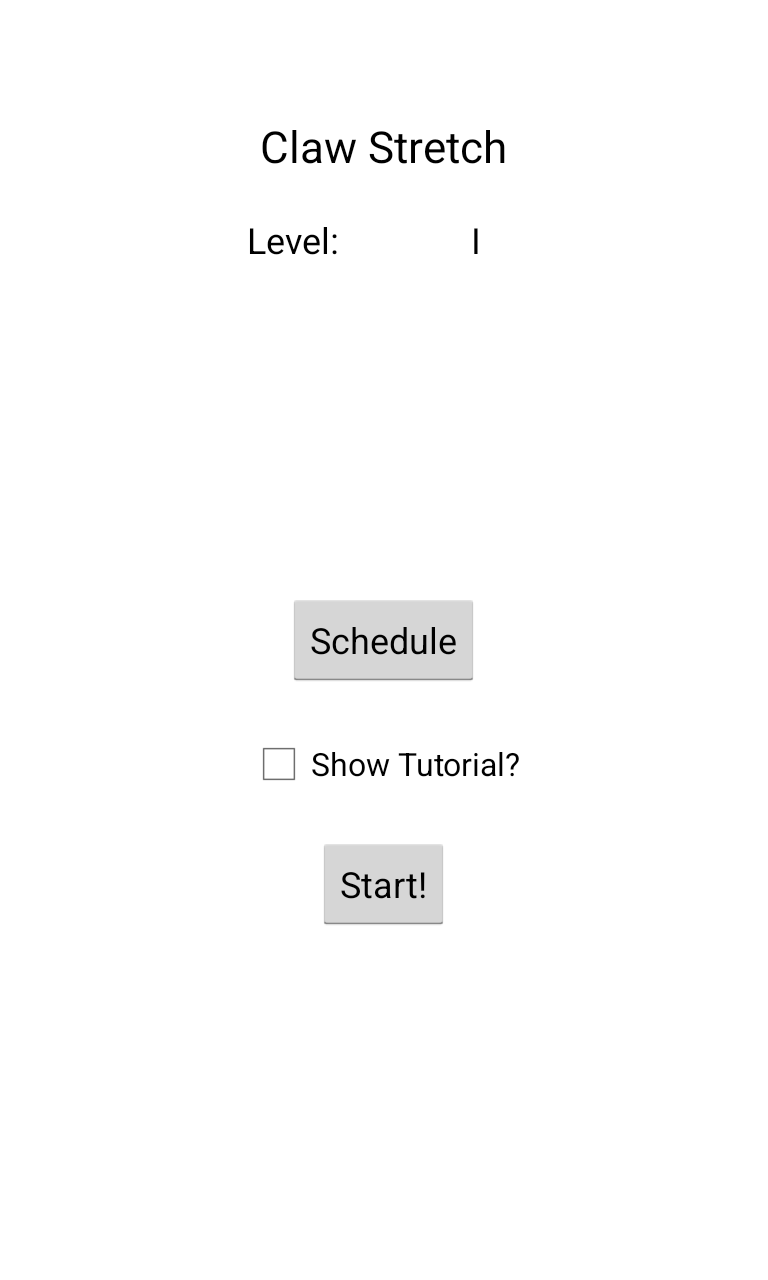
Repository: zi-yang-zhang/ECSE424-Group8
Layout: Hi Fi Prototype/ReHand/ReHand/res/layout/activity_thumb_stretch_page.xml
These files come from the project's save history. The layout is drawn as it stood at one moment and after the next save; the edit follows.
It is drawn on a 768 x 1280 px phone screen (xhdpi) without system bars, with theme AppTheme; the app's code is not run.

Above is the layout before, as saved 2014-02-18 05:13:33.

### Hi Fi Prototype/ReHand/ReHand/res/layout/activity_thumb_stretch_page.xml
<RelativeLayout xmlns:android="http://schemas.android.com/apk/res/android"
    xmlns:tools="http://schemas.android.com/tools"
    android:layout_width="match_parent"
    android:layout_height="match_parent"
    android:paddingBottom="@dimen/activity_vertical_margin"
    android:paddingLeft="@dimen/activity_horizontal_margin"
    android:paddingRight="@dimen/activity_horizontal_margin"
    android:paddingTop="@dimen/activity_vertical_margin"
    tools:context=".ClawStretchPage" >

    <TextView
        android:id="@+id/textView1"
        android:layout_width="wrap_content"
        android:layout_height="wrap_content"
        android:layout_alignParentTop="true"
        android:layout_centerHorizontal="true"
        android:layout_marginTop="42dp"
        android:text="@string/exercise_botton_text_claw_stretch"
        android:textAppearance="?android:attr/textAppearanceLarge" />

    <TextView
        android:id="@+id/textView3"
        android:layout_width="wrap_content"
        android:layout_height="wrap_content"
        android:layout_alignBottom="@+id/textView2"
        android:layout_alignRight="@+id/button1"
        android:text="@string/claw_stretch_level"
        android:textAppearance="?android:attr/textAppearanceMedium" />

    <Button
        android:id="@+id/button1"
        android:layout_width="wrap_content"
        android:layout_height="wrap_content"
        android:layout_centerHorizontal="true"
        android:layout_centerVertical="true"
        android:text="@string/exercise_botton_schedule" />

    <CheckBox
        android:id="@+id/claw_stretch_tutorial"
        android:layout_width="wrap_content"
        android:layout_height="wrap_content"
        android:layout_below="@+id/button1"
        android:layout_centerHorizontal="true"
        android:layout_marginTop="22dp"
        android:text="@string/exercise_tutorial_check_box" />

    <TextView
        android:id="@+id/textView2"
        android:layout_width="wrap_content"
        android:layout_height="wrap_content"
        android:layout_alignLeft="@+id/claw_stretch_tutorial"
        android:layout_below="@+id/textView1"
        android:layout_marginTop="20dp"
        android:text="@string/exercise_level_text"
        android:textAppearance="?android:attr/textAppearanceMedium" />

    <Button
        android:id="@+id/button2"
        android:layout_width="wrap_content"
        android:layout_height="wrap_content"
        android:layout_below="@+id/claw_stretch_tutorial"
        android:layout_centerHorizontal="true"
        android:layout_marginTop="20dp"
        android:text="@string/exercise_start_botton_text"
        android:onClick="goToExercisePage"/>

</RelativeLayout>

### Hi Fi Prototype/ReHand/ReHand/res/values/strings.xml
<?xml version="1.0" encoding="utf-8"?>
<resources>

    <string name="app_name">ReHand</string>
    <string name="action_settings">Settings</string>
    <string name="hello_world">Hello world!</string>
    <string name="greeting_words">Welcome To ReHand</string>
    <string name="touch_screen_instructions">Tap on either botton to continue</string>
    <string name="sign_up">Sign Up now!</string>
    <string name="log_in">Log In!</string>
    <string name="title_activity_home_page">HomePage</string>
    <string name="greeting_home_page">Welcome Back!</string>
    <string name="exercises">Exercises</string>
    <string name="schedule">Schedule</string>
    <string name="title_activity_exercise_list_page">ExerciseListPage</string>
    <string name="title_activity_schedule_page">SchedulePage</string>
    <string name="exercise_botton_text_claw_stretch">Claw Stretch</string>
    <string name="title_activity_claw_stretch_page">ClawStretchPage</string>
    <string name="exercise_level_text">"Level: "</string>
    <string name="claw_stretch_level">I</string>
    <string name="exercise_botton_schedule">Schedule</string>
    <string name="exercise_tutorial_check_box">Show Tutorial?</string>
    <string name="exercise_start_botton_text">Start!</string>
    <string name="title_activity_claw_stretch_exercise">ClawStretchExercise</string>
    <string name="test_end_game">End Game</string>
    <string name="title_activity_claw_stretch_tutorial_page">ClawStretchTutorialPage</string>
    <string name="title_activity_claw_stretch_result">ClawStretchResult</string>
    <string name="exercise_text_arm_rotation">Arm Rotation</string>
    <string name="excercise_text_elbow_extension">Elbow Extension</string>
    <string name="arm_rotation_level">I</string>
    <string name="elbow_extension_level">I</string>
    <string name="exercise_text_finger_grip">Finger Grip</string>
    <string name="finger_grip_level">I</string>
    <string name="exercise_text_open_and_close">Open And Close</string>
    <string name="open_and_close_level">I</string>
    <string name="exercise_text_finger_lift">Finger Lift</string>
    <string name="finger_lift_level">I</string>
    <string name="exercise_text_radial_deviation">Radial Deviation</string>
    <string name="wrist_flex_level">I</string>
    <string name="exercise_text_wrist_flex">Wrist Flex</string>
    <string name="exercise_text_thumb_stretch">Thumb Stretch</string>
    <string name="thumb_stretch_level">I</string>

</resources>

Loaded but not shown: Hi Fi Prototype/ReHand/ReHand/res/values/styles.xml (common file); Hi Fi Prototype/ReHand/ReHand/res/values-v11/styles.xml (common file); Hi Fi Prototype/ReHand/ReHand/res/values-v14/styles.xml (common file); Hi Fi Prototype/ReHand/ReHand/res/values/dimens.xml (common file)

After the next save:
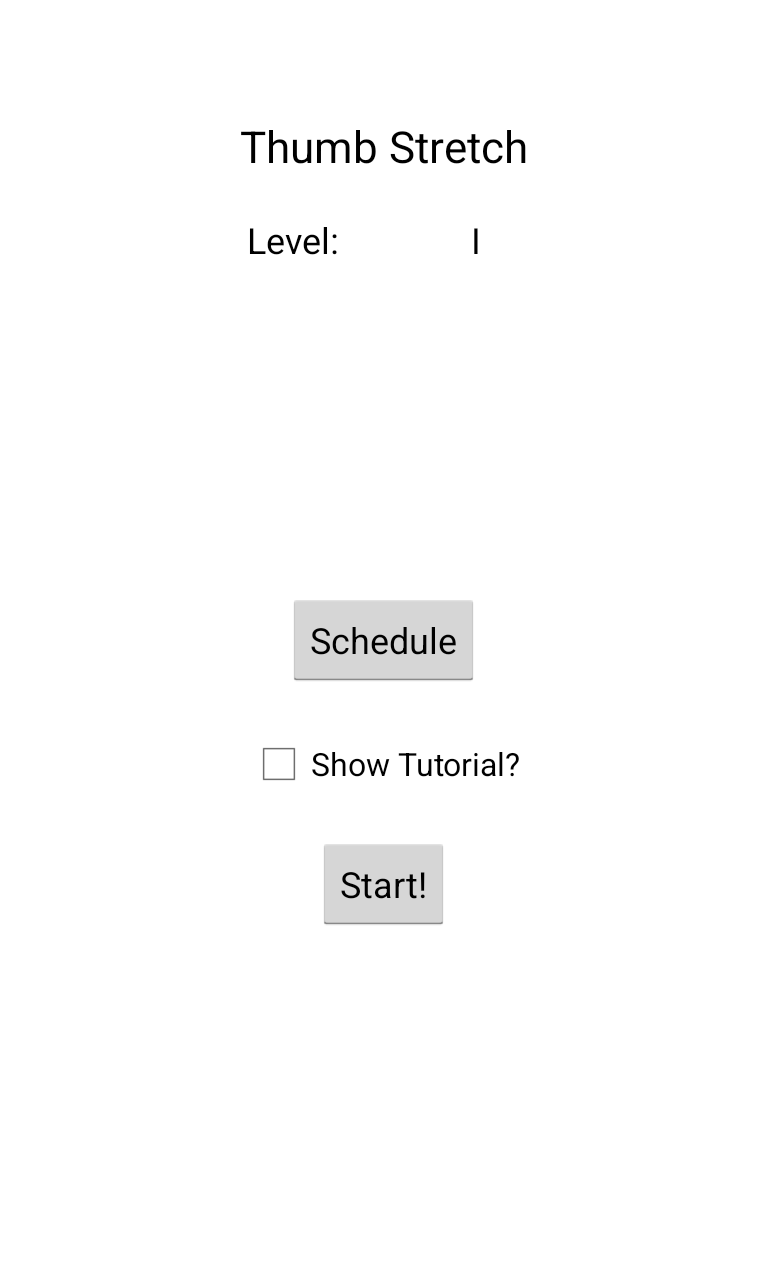
Saved 2 s later.
--- a/Hi Fi Prototype/ReHand/ReHand/res/layout/activity_thumb_stretch_page.xml
+++ b/Hi Fi Prototype/ReHand/ReHand/res/layout/activity_thumb_stretch_page.xml
@@ -15,7 +15,7 @@
         android:layout_alignParentTop="true"
         android:layout_centerHorizontal="true"
         android:layout_marginTop="42dp"
-        android:text="@string/exercise_botton_text_claw_stretch"
+        android:text="@string/exercise_text_thumb_stretch"
         android:textAppearance="?android:attr/textAppearanceLarge" />
 
     <TextView
@@ -24,7 +24,7 @@
         android:layout_height="wrap_content"
         android:layout_alignBottom="@+id/textView2"
         android:layout_alignRight="@+id/button1"
-        android:text="@string/claw_stretch_level"
+        android:text="@string/thumb_stretch_level"
         android:textAppearance="?android:attr/textAppearanceMedium" />
 
     <Button
